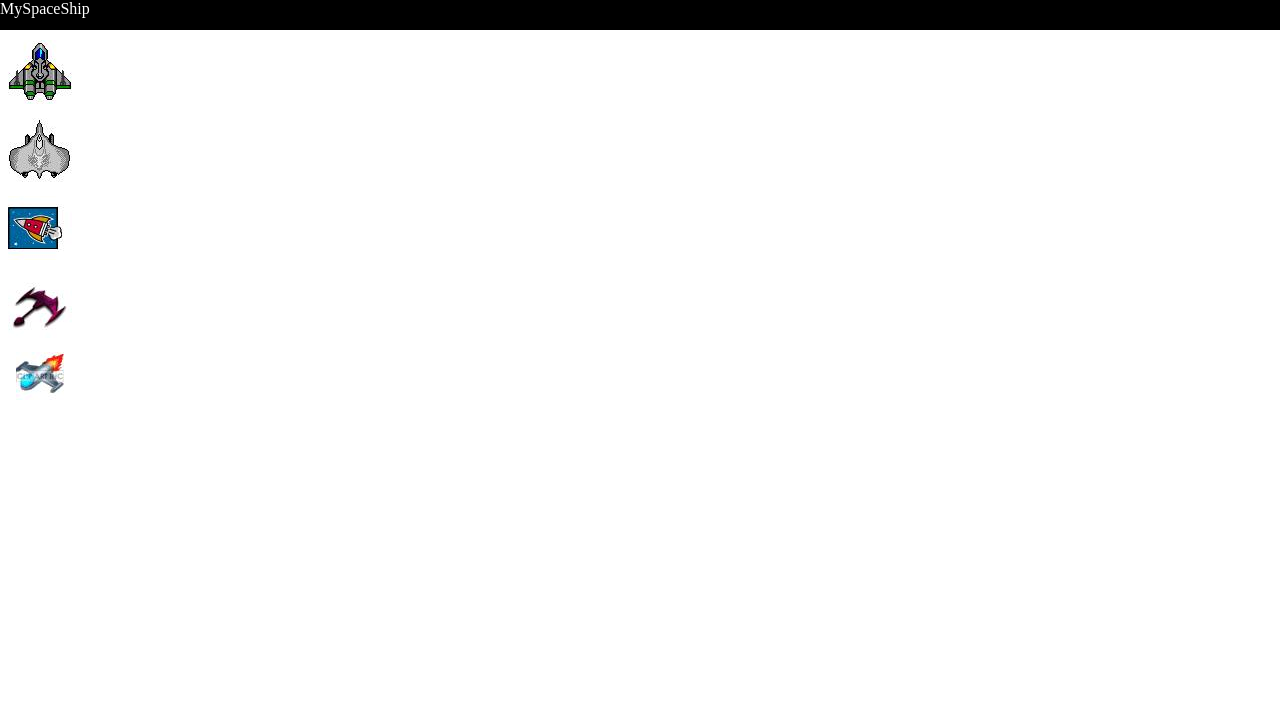
Repository: eudesf/MySpaceShip
Page: MySpaceShip/WebContent/formlayoutajax.html
These files come from the project's save history. The page is drawn as it stood at one moment and after the next save; the edit follows.
The browser window is 1280 px wide. The pictures show the whole page.

Above is the page before, as saved 2012-03-20 18:33:22.

### MySpaceShip/WebContent/formlayoutajax.html
<!DOCTYPE html>

<html>
	<head>
		<meta charset="UTF-8">

		<title>MySpaceShip</title>

		<link rel="stylesheet" href="css/jquery-ui/ui-lightness/jquery-ui-1.8.18.custom.css" type="text/css" media="screen"/>
		<link rel="stylesheet" href="css/mainlayout.css" type="text/css" media="screen"/>
		<link rel="stylesheet" href="css/formlayout.css" type="text/css" media="screen"/>

		<script type="text/javascript" src="js/libs/css3-mediaqueries.js"></script>
		<script type="text/javascript" src="js/libs/jquery-1.7.1.min.js"></script>
		<script type="text/javascript" src="js/libs/jquery-ui-1.8.18.custom.min.js"></script>

		<script>
			$(function() {
				$("a.load-article").click(function() {
					$.get($(this).data("article"), function(data) {

						$("section").html(data);
						applyPlugins("article");

						$("article").fadeOut("fast", function() {
							$("article").fadeIn("fast");
						});

					}, "html");
				});
				$("a.clean-article").click(function() {
					$("section").empty();
				});

				function applyPlugins(container) {
					container = $(container);
					$(".autonumeric", container).autoNumeric();
					$(".datepicker", container).datepicker({
						showOn: "button",
						buttonImage: "images/calendar.gif",
						buttonImageOnly: true
					});
					$("button").button();
				}
			});
		</script>
	</head>
	<body>

		<header>
			<h2>MySpaceShip</h2>
		</header>

		<nav>
			<a href="javascript:void(0)" class="load-article" data-article="articles/simpleform.html">
				<img src="images/ship1.jpg" alt="ship 1 - Simple Form"/>
			</a>
			<a href="javascript:void(0)" class="load-article" data-article="articles/simpleform2.html">
				<img src="images/ship2.jpg" alt="ship 2"/>
			</a>
			<a href="javascript:void(0)" class="load-article" data-article="articles/othercomps.html">
				<img src="images/ship3.jpg" alt="ship 3"/>
			</a>
			<a href="javascript:void(0)">
				<img src="images/ship4.jpg" alt="ship 4"/>
			</a>
			<a href="javascript:void(0)" class="clean-article">
				<img src="images/ship5.jpg" alt="ship 5"/>
			</a>
		</nav>

		<section>

		</section>

	</body>

	<!-- post-loading plugins -->
	<script type="text/javascript" src="js/libs/autonumeric-1.7.4.js"></script>
</html>

### MySpaceShip/WebContent/css/mainlayout.css
/* reset from YUI 3 */
html{color:#000;background:#FFF;}body,div,dl,dt,dd,ul,ol,li,h1,h2,h3,h4,h5,h6,pre,code,form,fieldset,legend,input,textarea,p,blockquote,th,td{margin:0;padding:0;}table{border-collapse:collapse;border-spacing:0;}fieldset,img{border:0;}address,caption,cite,code,dfn,em,strong,th,var{font-style:normal;font-weight:normal;}li{list-style:none;}caption,th{text-align:left;}h1,h2,h3,h4,h5,h6{font-size:100%;font-weight:normal;}q:before,q:after{content:'';}abbr,acronym{border:0;font-variant:normal;}sup{vertical-align:text-top;}sub{vertical-align:text-bottom;}input,textarea,select{font-family:inherit;font-size:inherit;font-weight:inherit;}input,textarea,select{*font-size:100%;}legend{color:#000;}

@media screen and (min-width: 650px) {
	header {
		background: #000;
		color: #fff;
		height: 30px
	}

	nav {
		float: left;
		width: 80px;
	}

	nav a {
		display: block;
		text-align: center;
		padding-top: 10px;
	}

	section {
		position: absolute;
		left: 80px;
		right: 0px;
		top: 30px;
		bottom: 45px;
	}

	article {
		margin: 10px;
		border: 1px solid gray;
		padding: 10px 10px 10px 0;

		-moz-border-radius: 4px;
		-webkit-border-radius: 4px;
		border-radius: 4px;

		-moz-box-shadow:    2px 2px 3px 1px #ccc;
		-webkit-box-shadow: 2px 2px 3px 1px #ccc;
		box-shadow:         2px 2px 3px 1px #ccc;

		height: 100%;
	}

	article header {
		background: white;
		border: 0;
		color: black;
		font-size: 14;
		font-weight: bold;
		text-align: center;
	}
}

### MySpaceShip/WebContent/css/formlayout.css
@media screen and (min-width: 550px) {

	form, form div {
		letter-spacing: -7px;
	}

	form *, form div * {
		letter-spacing: 0;
	}

	form div {
		display: inline-block;
		position: relative;
		margin-top: 5px;
	}

	form label {
		display: inline-block;
		width: 30%;
		vertical-align: middle;
		padding: 0 0 0 10px;

		border: 0;
		-webkit-box-sizing: border-box;
		-moz-box-sizing: border-box;
		box-sizing: border-box;
	}

	form input, form select {
		-webkit-box-sizing: border-box;
		-moz-box-sizing: border-box;
		box-sizing: border-box;

		position: relative;
		width: 70%;
	}

	form input, form select, form img, form button {
		vertical-align: middle;
	}


	form.labelw20p > label {
		width: 20%;
	}

	form .w5p, form .w10p, form .w15p, form .w20p, form .w25p, form .w30p,
	form .w35p, form .w40p, form .w45p, form .w50p, form .w55p, form .w60p,
	form .w65p, form .w70p, form .w75p, form .w80p, form .w85p, form .w90p
	form .w95p, form .w100p {
		margin: 0;
	}

	form .w5p 	{ width: 5%;  }
	form .w10p 	{ width: 10%; }
	form .w15p 	{ width: 15%; }
	form .w20p 	{ width: 20%; }
	form .w25p 	{ width: 25%; }
	form .w30p 	{ width: 30%; }
	form .w35p 	{ width: 35%; }
	form .w40p  { width: 40%; }
	form .w45p 	{ width: 45%; }
	form .w50p 	{ width: 50%; }
	form .w55p 	{ width: 55%; }
	form .w60p 	{ width: 60%; }
	form .w65p 	{ width: 65%; }
	form .w70p 	{ width: 70%; }
	form .w75p 	{ width: 75%; }
	form .w80p 	{ width: 80%; }
	form .w85p  { width: 85%; }
	form .w90p	{ width: 90%; }
	form .w95p	{ width: 95%; }
	form .w100p { width: 100%;}

	/* jquery ui adjusts */
	img.ui-datepicker-trigger {
		width: 5%;
	}
	input.datepicker {
		width: 65%;
	}
	.ui-widget {
		font-size: 12px;
		font-weight: normal;
	}
}

@media screen and (max-width: 550px) {
	label, input {
		display: block;
		width: 95%;
	}
	article {
		margin-left: 10px;
	}
}

Loaded but not shown: MySpaceShip/WebContent/css/jquery-ui/ui-lightness/jquery-ui-1.8.18.custom.css (library); MySpaceShip/WebContent/js/libs/css3-mediaqueries.js (library); MySpaceShip/WebContent/js/libs/jquery-1.7.1.min.js (library); MySpaceShip/WebContent/js/libs/jquery-ui-1.8.18.custom.min.js (library); MySpaceShip/WebContent/js/libs/autonumeric-1.7.4.js (library)

After the next save:
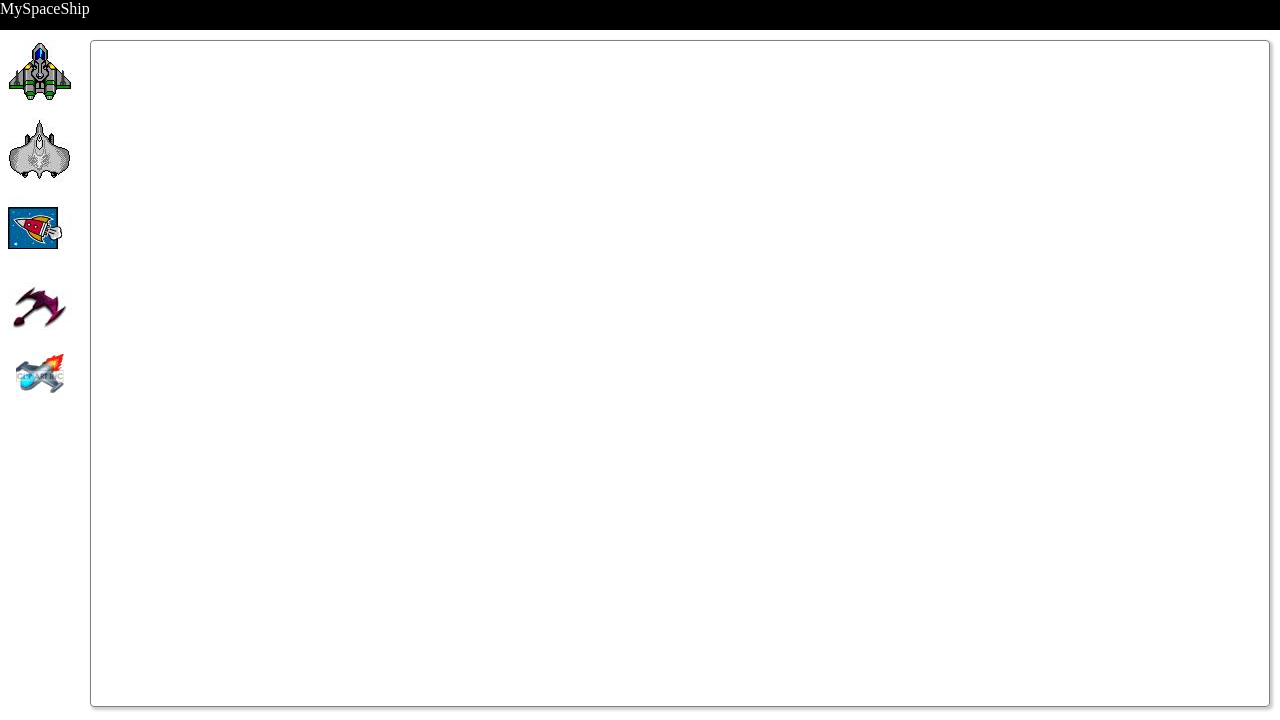
Saved 20 s later.
--- a/MySpaceShip/WebContent/formlayoutajax.html
+++ b/MySpaceShip/WebContent/formlayoutajax.html
@@ -19,10 +19,10 @@
 				$("a.load-article").click(function() {
 					$.get($(this).data("article"), function(data) {
 
-						$("section").html(data);
-						applyPlugins("article");
 
 						$("article").fadeOut("fast", function() {
+							$("section").html(data);
+							applyPlugins("article");
 							$("article").fadeIn("fast");
 						});
 
@@ -70,7 +70,7 @@
 		</nav>
 
 		<section>
-
+			<article></article>
 		</section>
 
 	</body>

After the save that followed:
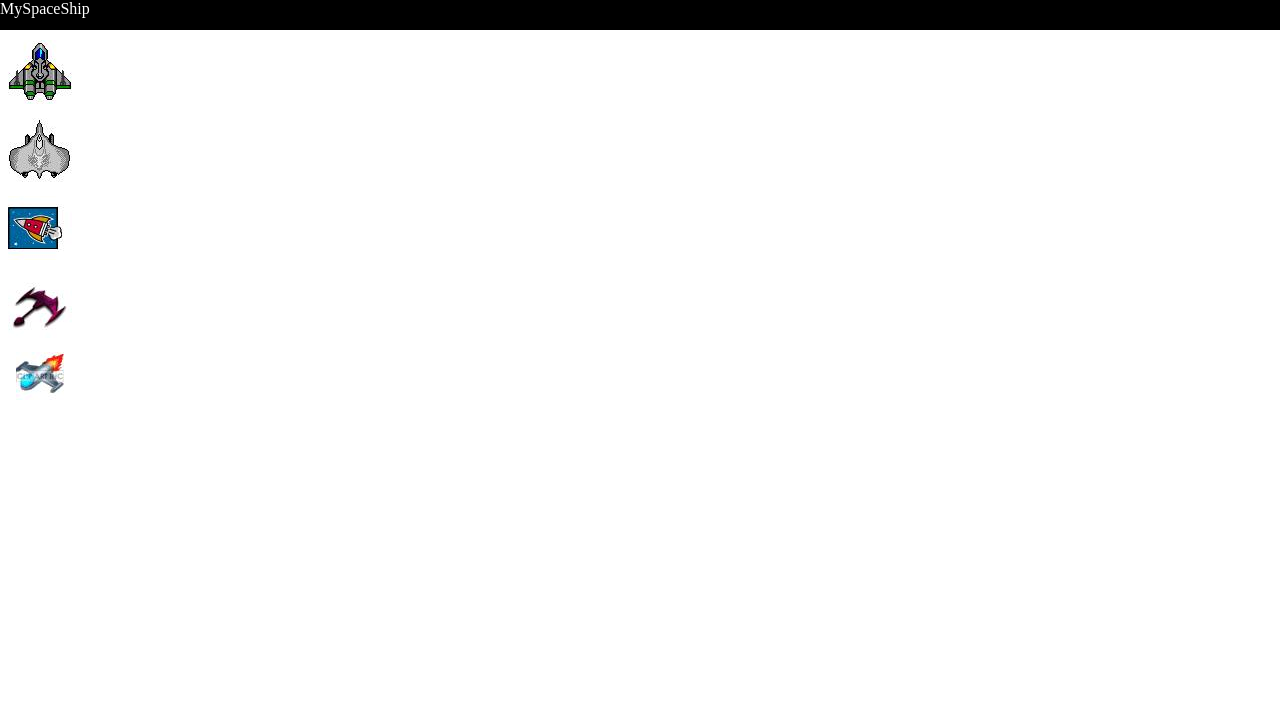
Saved 19 s later.
--- a/MySpaceShip/WebContent/formlayoutajax.html
+++ b/MySpaceShip/WebContent/formlayoutajax.html
@@ -18,13 +18,8 @@
 			$(function() {
 				$("a.load-article").click(function() {
 					$.get($(this).data("article"), function(data) {
-
-
-						$("article").fadeOut("fast", function() {
-							$("section").html(data);
-							applyPlugins("article");
-							$("article").fadeIn("fast");
-						});
+						$("section").html(data);
+						applyPlugins("article");
 
 					}, "html");
 				});
@@ -70,7 +65,7 @@
 		</nav>
 
 		<section>
-			<article></article>
+
 		</section>
 
 	</body>
